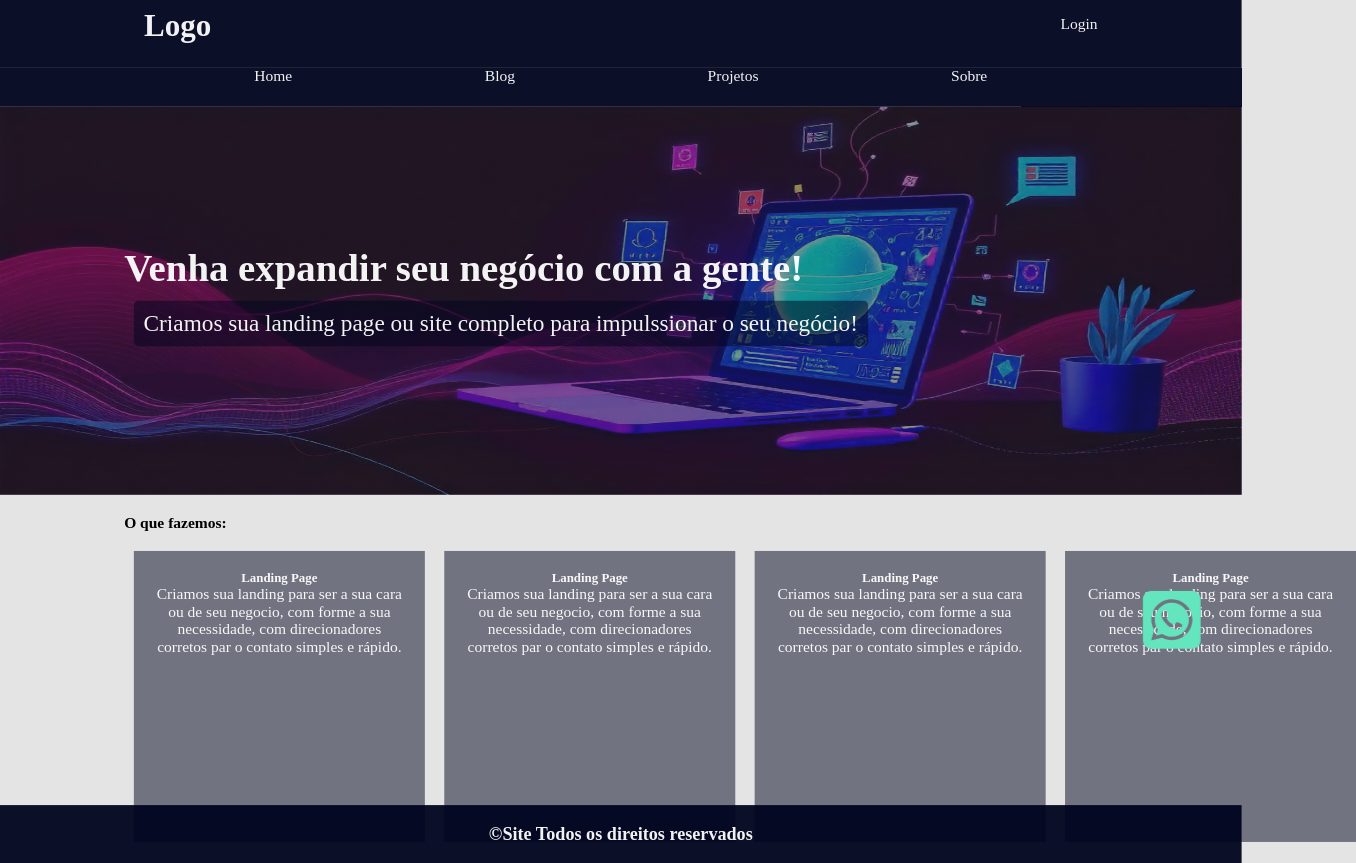
Repository: SauloMorais01/mysitefront-end
Page: index.html
The author's editor kept a copy of each file at every save. The page is drawn from the files as they stood at one save, then again after the next save.
The browser window is 1280 px wide. The page is 1398 px wide, so the pictures cover 1398 px, including what lies to the right of the window. The pictures show the whole page, at 97% of full size.
Some web libraries are served in a nearby version.

Above is the page before, as saved 2024-11-02 20:01:09.

After the next save:
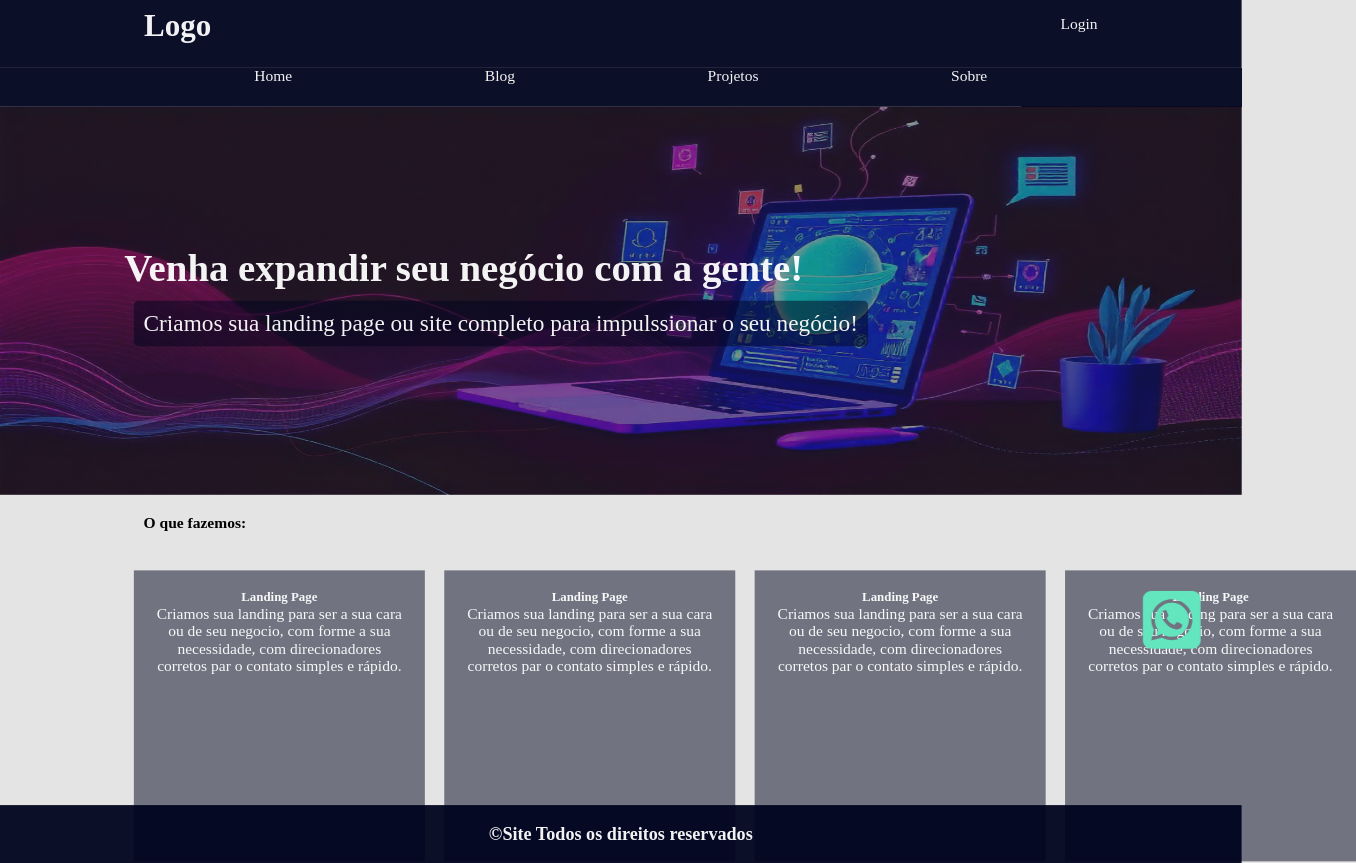
Saved 37 s later.
--- a/src/css/style.css
+++ b/src/css/style.css
@@ -131,6 +131,10 @@
     margin-top: 20px;
 }
 
+.workflow-title {
+    margin: 20px;
+}
+
 .box-workflow {
     height: 300px;
     width: 300px;

After the save that followed:
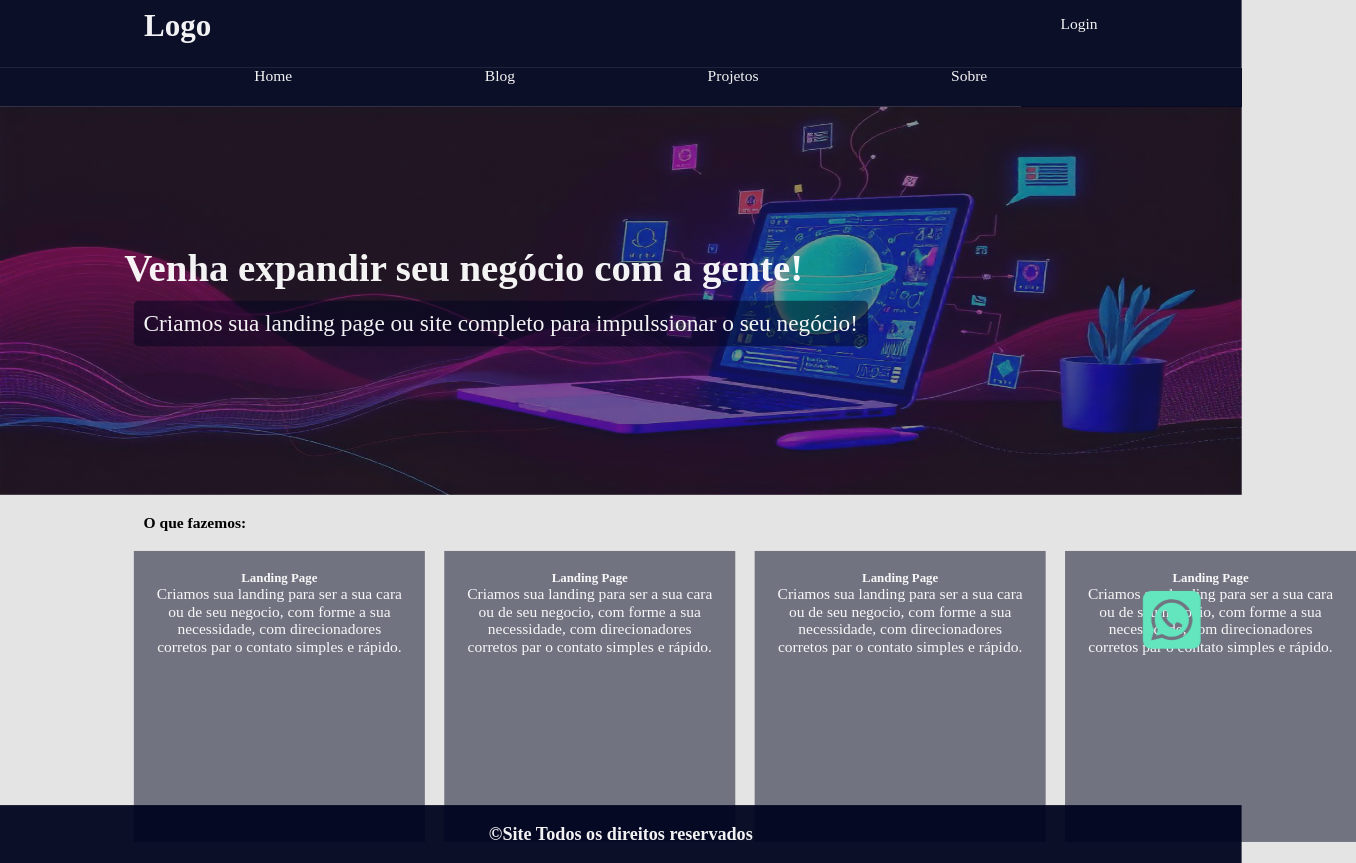
Saved 28 s later.
--- a/src/css/style.css
+++ b/src/css/style.css
@@ -132,7 +132,8 @@
 }
 
 .workflow-title {
-    margin: 20px;
+    margin-left: 20px;
+    margin-top: 20px;
 }
 
 .box-workflow {
